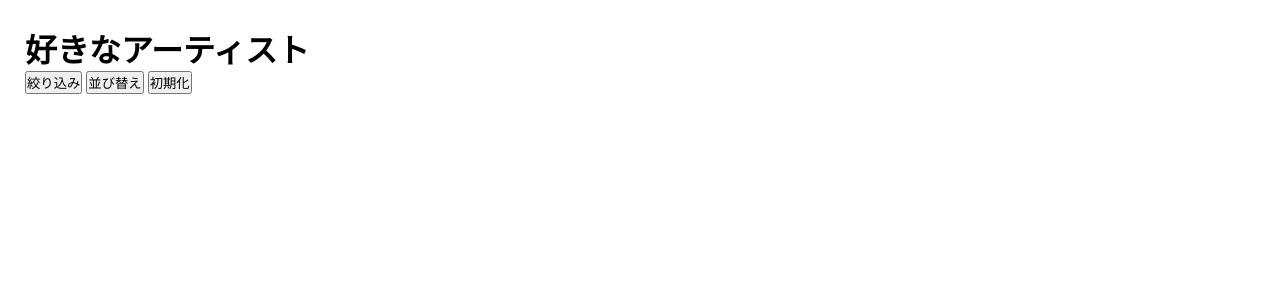
Repository: ShunKUN1182/std_JaveScript
Page: hw03/hw03.html
These files come from the project's save history. The page is drawn as it stood at one moment and after the next save; the edit follows.
The browser window is 1280 px wide. The pictures show the whole page.

Above is the page before, as saved 2025-07-15 13:36:21.

After the next save:
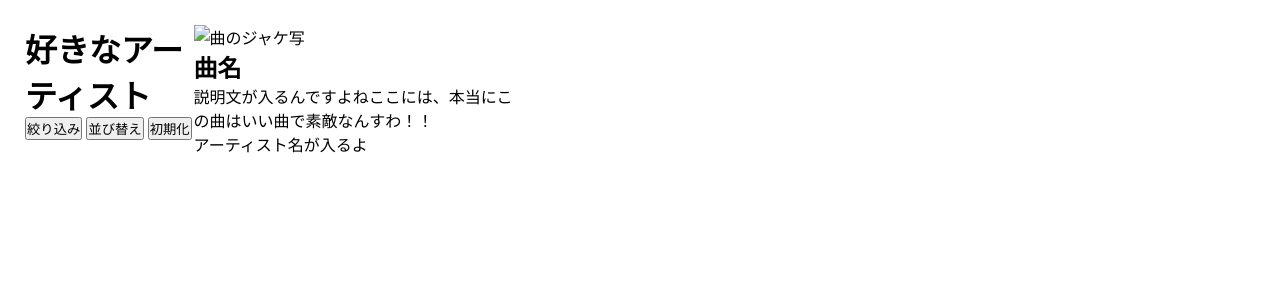
Saved 22 h 23 min later.
--- a/hw03/hw03.html
+++ b/hw03/hw03.html
@@ -15,7 +15,13 @@
             <button type="">初期化</button>
         </header>
         <main>
-
+            <div>
+                <img src="" alt="曲のジャケ写">
+                <h2>曲名</h2>
+                <p>説明文が入るんですよねここには、本当にこの曲はいい曲で素敵なんすわ！！
+                </p>
+                <p>アーティスト名が入るよ</p>
+            </div>
         </main>
     </div>
     <script src="js/hw03.js"></script>
